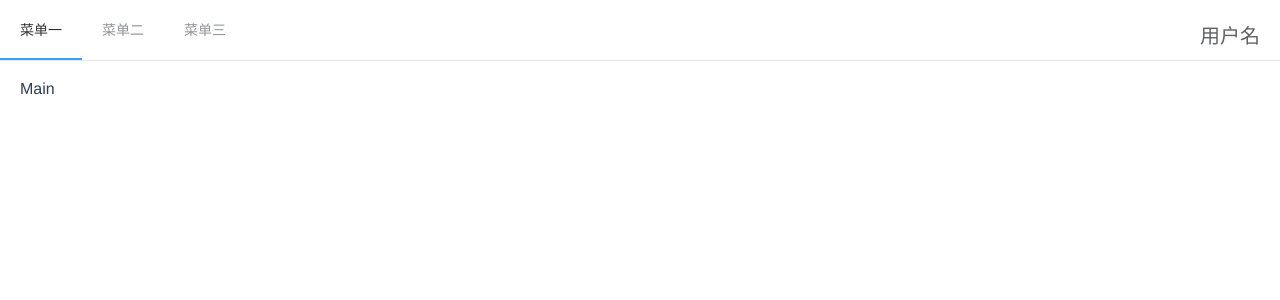
Repository: gaoxinke88888888/vue2-router-template
Page: /
An editor plug-in stored every save of this project. The page is shown before and after the next save, followed by the edit.
The browser window is 1280 px wide. The pictures show the whole page.
The project was rebuilt for these pictures with package versions that can differ from the ones it lists, and the page was loaded fresh each time. Also part of the build but not shown: vue.config.js.

Above is the page before, as saved 2022-04-01 11:24:16.

### src/main.js
import Vue from "vue";
import ElementUI from 'element-ui';
import 'element-ui/lib/theme-chalk/index.css';
import App from "./App";

import router from './router/index.js'

Vue.use(ElementUI)

new Vue({
  el: "#app",
  router,
  render: (h) => h(App),
});

// new Vue({
//   el: "#app",
//   router: router,
//   render: (h) => h(App)
// });

### src/App.vue
<template>
  <div id="app">
    <router-view></router-view>
  </div>
</template>

<script>

export default {
  name: 'App'
}
</script>

<style>
#app {
  font-family: Avenir, Helvetica, Arial, sans-serif;
  -webkit-font-smoothing: antialiased;
  -moz-osx-font-smoothing: grayscale;
  color: #2c3e50;
  width: 100%;
  height: 100%;
}
html,body{
width: 100%;
height: 100%;
margin: 0 0 0 0;
}
</style>

### src/router/index.js

import VueRouter from 'vue-router'
import Vue from 'vue'
Vue.use(VueRouter)
const routes = [
  {
  path: '/',
  alias: '/home',
  name: 'home',
  meta: {},
  component: () => import('../view/home.vue'),
  },
  {
    path: '/login',
    name: 'login',
    meta: {},
    component: () => import('../view/login.vue'),
    },
]
const router = new VueRouter({
        routes,
        mode: 'history'
    })
export default router

### src/view/home.vue
<template>
  <div>
    <el-container>
      <el-header style="padding: 0 0 0 0">
        <el-menu default-active="1" mode="horizontal">
          <el-menu-item index="1">菜单一</el-menu-item>
          <el-menu-item index="2">菜单二</el-menu-item>
          <el-menu-item index="3">菜单三</el-menu-item>
          <el-dropdown class="dropdown">
            <span class="el-dropdown-link">
              用户名
            </span>
            <el-dropdown-menu slot="dropdown">
              <el-dropdown-item>黄金糕</el-dropdown-item>
              <el-dropdown-item>狮子头</el-dropdown-item>
              <el-dropdown-item>螺蛳粉</el-dropdown-item>
              <el-dropdown-item disabled>双皮奶</el-dropdown-item>
              <el-dropdown-item divided>蚵仔煎</el-dropdown-item>
            </el-dropdown-menu>
          </el-dropdown>
        </el-menu>
      </el-header>
      <el-main>Main</el-main>
    </el-container>
  </div>
</template>
<script>
export default {
  name: "App",
  data() {
    return {};
  },
};
</script>
<style scoped>
.dropdown{
    float: right;
    top: 15%;
    padding-top: 20px;
    padding-right: 20px;
}
.el-dropdown-link{
    font-size: 20px;
}
</style>

Loaded but not shown: public/index.html (common file)

After the next save:
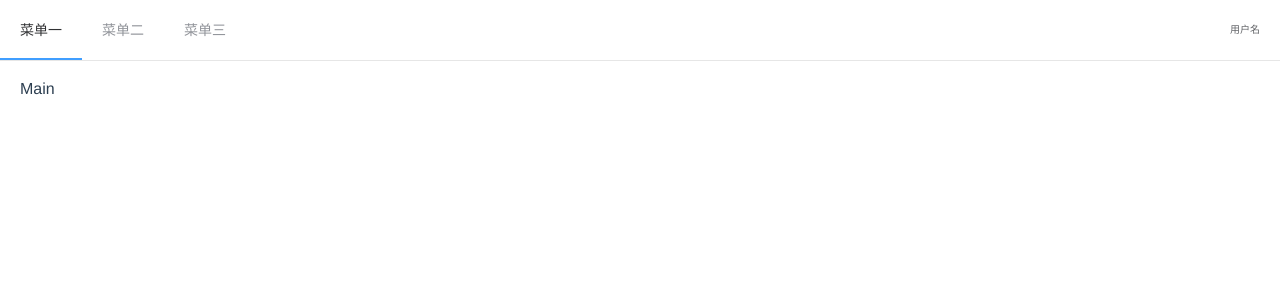
Saved 8 s later.
--- a/src/view/home.vue
+++ b/src/view/home.vue
@@ -40,6 +40,6 @@ export default {
     padding-right: 20px;
 }
 .el-dropdown-link{
-    font-size: 20px;
+    font-size: 10px;
 }
 </style>
